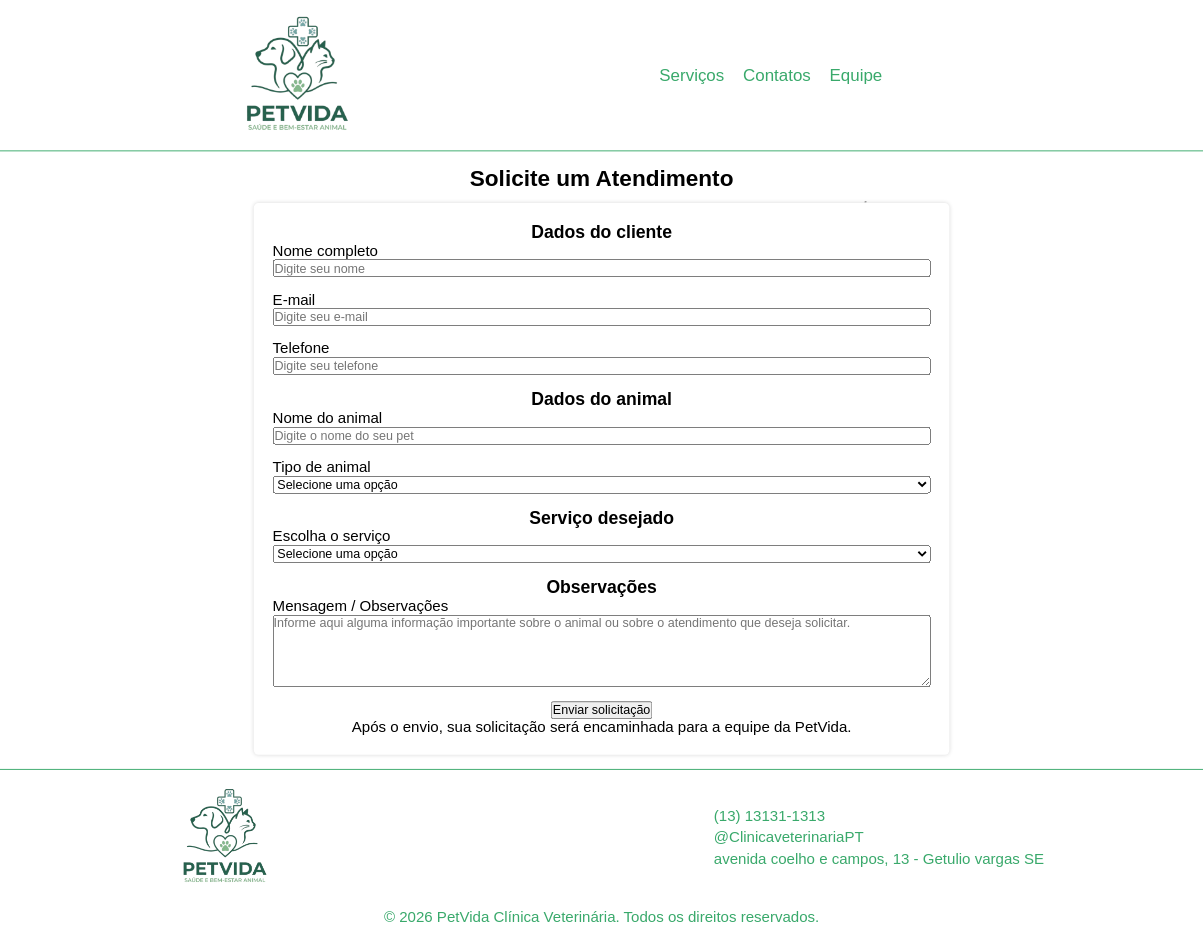
Repository: antonymsantana-design/Veterinario
Page: contatos.html
An editor plug-in stored every save of this project. The page is shown before and after the next save, followed by the edit.
The browser window is 1280 px wide. The pictures show the whole page, at 94% of full size.

Above is the page before, as saved 2026-10-03 19:09:43.

### contatos.html
<!doctype html>
<html lang="pt-br">
  <head>
    <meta charset="UTF-8" />
    <meta name="viewport" content="width=device-width, initial-scale=1.0" />
    <title>Cebola Hair</title>
    <link rel="stylesheet" href="style.css" />
    <script src="script3.js" defer></script>
  </head>
  <header>
    <div class="conteudoH" id="conteudoH">
      <div class="imagem" id="imagem">
        <img src="image/logo.png" alt="logo" class="logoIMG" id="logoIMG" />
      </div>
      <div class="direitaH">
        <div class="links" id="links">
          <a href="serviços.html" class="aLinks" id="servA">Serviços</a>
          <a href="CONTATOS.HTML" class="aLinks" id="contatosA">Contatos</a>
          <a href="Team.html" class="aLinks" id="contatosA">Equipe</a>
        </div>
      </div>
    </div>
  </header>

  <body>
    <h2 class="Our" id="servicosT">Solicite um Atendimento</h2>
    <hr />

    <div class="context">
    <form
      action="https://formsubmit.co/antony.m.santana@aluno.senai.br"
      method="POST"
    >

      <h3>Dados do cliente</h3>

      <div class="campo">
        <label for="nome">Nome completo</label>
        <input
          type="text"
          name="nome"
          id="nome"
          placeholder="Digite seu nome"
          required
        />
      </div>

      <div class="campo">
        <label for="email">E-mail</label>
        <input
          type="email"
          name="email"
          id="email"
          placeholder="Digite seu e-mail"
          required
        />
      </div>

      <div class="campo">
        <label for="telefone">Telefone</label>
        <input
          type="tel"
          name="telefone"
          id="telefone"
          placeholder="Digite seu telefone"
          required
        />
      </div>

      <h3>Dados do animal</h3>

      <div class="campo">
        <label for="animal">Nome do animal</label>
        <input
          type="text"
          name="animal"
          id="animal"
          placeholder="Digite o nome do seu pet"
          required
        />
      </div>

      <div class="campo">
        <label for="tipo">Tipo de animal</label>

        <select name="tipo_animal" id="tipo" required>
          <option value="">Selecione uma opção</option>
          <option value="Cachorro">Cachorro</option>
          <option value="Gato">Gato</option>
          <option value="Outro">Outro</option>
        </select>
      </div>

      <h3>Serviço desejado</h3>

      <div class="campo">
        <label for="servico">Escolha o serviço</label>

        <select name="servico" id="servico" required>
          <option value="">Selecione uma opção</option>
          <option value="Consulta veterinária">Consulta veterinária</option>
          <option value="Vacinação">Vacinação</option>
          <option value="Banho e tosa">Banho e tosa</option>
          <option value="Exames laboratoriais">Exames laboratoriais</option>
          <option value="Atendimento de emergência">
            Atendimento de emergência
          </option>
          <option value="Acompanhamento veterinário">
            Acompanhamento veterinário
          </option>
        </select>
      </div>

      <h3>Observações</h3>

      <div class="campo">
        <label for="mensagem">Mensagem / Observações</label>

        <textarea
          name="mensagem"
          id="mensagem"
          rows="5"
          placeholder="Informe aqui alguma informação importante sobre o animal ou sobre o atendimento que deseja solicitar."
        ></textarea>
      </div>

      <input
        type="hidden"
        name="_next"
        value="http://127.0.0.1:5500/sucsses.html"
      />

      <button type="submit" class="buto">Enviar solicitação</button>

      <p class="texto-form">
        Após o envio, sua solicitação será encaminhada para a equipe da PetVida.
      </p>
    </form>
    </div>
  </body>
  <footer id="footer">
    <div class="cimaF">
      <div class="direita">
        <img src="image/logo.png" alt="logo" class="logoIMGF" id="logoIMG" />
      </div>

      <div class="esquerda">
        <p>(13) 13131-1313</p>
        <p>@ClinicaveterinariaPT</p>
        <p>avenida coelho e campos, 13 - Getulio vargas SE</p>
      </div>
    </div>
    <div class="baixoF">
      <p>© 2026 PetVida Clínica Veterinária. Todos os direitos reservados.</p>
    </div>
  </footer>
</html>

### style.css
* {
  padding: 0px;
  margin: 0px;
  font-family: Arial, Helvetica, sans-serif;
}

header {
  background-color: #ffffff;
  height: 160px;
  display: flex;
  justify-content: center;
  align-items: center;
  border-bottom: 1px solid #39a96b;
}

.conteudoH {
  display: flex;
  justify-content: center;
  align-items: center;
  gap: 300px;
}

.imagem {
  margin-left: 20px;
  margin-top: 5px;
  display: flex;
  justify-content: center;
  align-items: center;
  gap: 30px;
  font-weight: 600;
  font-size: 22px;
}

.logoIMG {
  width: 170px;
  margin-bottom: 10px;
  cursor: pointer;
}

.logoH {
  color: white;
}

.links {
  display: flex;
  gap: 20px;
  justify-content: center;
  padding-right: 130px;
  font-size: 18px;
}

.links a {
  text-decoration: none;
  color: #39a96b;
  transition: 0.5s ease;
}

.aLinks:hover {
  transform: translateY(-5px);
  box-shadow: 0 4px 10px rgba(0, 0, 0, 0.15);
  background-color: #39a96b;
  color: #f5f5f5;
  border-radius: 5px;
  width: 120px;
  height: 30px;
  display: flex;
  justify-content: center;
  align-items: center;
}

.btnDiv {
  display: flex;
}

.btn {
  display: flex;
  justify-content: center;
  width: 140px;
  height: 50px;
  background-color: #22c55e;
  border: none;
  color: white;
  align-items: center;
  border-radius: 8px;
  transition: 0.3s ease;
  cursor: pointer;
  font-size: 14px;
}

.btn:hover {
  transform: translateY(-5px);
  box-shadow: 0 8px 15px rgba(0, 0, 0, 0.4);
}

.direitaH {
  display: flex;
  justify-content: center;
  align-items: center;
}

.conteudo {
  background-image: url(image/Cuidando\ de\ Quem\ Amamos.png);
  background-repeat: no-repeat;
  background-size: cover;
  background-position: center;
  height: 80vh;
  color: white;
}

.card {
  background-color: #fdeec7;
  width: 270px;
  height: 220px;
  display: flex;
  flex-direction: column;
  justify-content: center;
  align-items: center;
  border-radius: 5px;
}

.cards {
  display: flex;
  justify-content: center;
  gap: 40px;
  padding-top: 20px;
  padding-bottom: 20px;
}

.card h4 {
  color: #22c55e;
}

.icone {
  width: 120px;
  height: 120px;
  padding-bottom: 10px;
}

.Our {
  padding-top: 15px;
  text-align: center;
  padding-bottom: 10px;
}

hr {
  color: #22c55e;
  text-align: center;
  margin-left: 920px;
  margin-right: 920px;
}

.agendar {
  display: flex;
  justify-content: space-around;
  align-items: center;
  padding-bottom: 20px;
}

.form {
  background-color: #ecf2f7;
  width: 600px;
  height: 300px;
  border-radius: 7px;
  display: flex;
  justify-content: center;
  flex-direction: column;
}

.formCima {
  padding-top: 20px;
  display: flex;
  justify-content: center;
  align-items: center;
  flex-direction: column;
}

.quadrado {
  display: grid;
  justify-content: center;
  grid-template-columns: repeat(2, 200px);
  gap: 30px;
  column-gap: 70px;
  margin-right: 40px;
}

.esq {
  font-size: 25px;
}

footer {
  display: flex;
  justify-content: center;
  align-items: center;
  flex-direction: column;
  background-color: #ffffff;
  color: #39a96b;
  border-top: 1px solid #39a96b;
}

.AbH2 {
  padding-left: 20px;
  padding-right: 20px;
  padding-bottom: 10px;
  padding-top: 10px;
  text-align: center;
}

.AbH3 {
  padding-left: 20px;
  padding-right: 20px;
  padding-bottom: 10px;
  padding-top: 10px;
  text-align: center;
  margin-left: 425px;
  margin-right: 425px;
}

.topc {
  display: flex;
  justify-content: center;
  align-items: center;
  flex-direction: column;
  text-align: center;
  max-width: 350px;
}

.topics {
  display: flex;
  justify-content: center;
  gap: 100px;
  padding-bottom: 25px;
}

.topcIMG {
  width: 290px;
  height: 260px;
  border-radius: 25px;
  cursor: pointer;
  padding-bottom: 10px;
  padding-top: 10px;
}

.topcH {
  padding-bottom: 10px;
}

.cimaF {
  display: flex;
  justify-content: center;
  gap: 450px;
  align-items: center;
  margin-bottom: 4px;
}

.logoIMGF {
  width: 140px;
  cursor: pointer;
}

.esquerda {
  display: flex;
  flex-direction: column;
  gap: 5px;
}

.formu {
  width: 240px;
  height: 30px;
  border-radius: 5px;
  border: none;
}

.forms {
  width: 500px;
  height: 30px;
  border-radius: 5px;
  border: none;
}

.agendarbtn {
  display: flex;
  justify-content: center;
  align-items: center;
  width: 512px;
  height: 40px;
  background-color: #22c55e;
  border: none;
  color: white;
  border-radius: 8px;
  transition: 0.3s ease;
  cursor: pointer;
  margin-top: 15px;
}

.agendarbtn:hover {
  transform: translateY(-5px);
}

.btnAgendar {
  display: flex;
  justify-content: center;
  align-items: center;
}

/*pagina de serviços*/

.primeiro {
  background-color: #f0f9f4;
  width: 300px;
  padding-bottom: 13px;
  margin-left: 20px;
  text-align: center;
  padding-top: 13px;
  flex-wrap: wrap;
  border-radius: 15px;
}

.cards {
  display: grid;
  justify-content: center;
  grid-template-columns: repeat(3, 400px);
  gap: 50px;
  padding-bottom: 15px;
}
.cards .primeiro img {
  width: 250px;
  height: 250px;
  border-radius: 15px;
}
h1 {
  text-align: center;
  margin-top: 20px;
  margin-bottom: 20px;
}
.texto {
  color: #3c2415;
}
.preco {
  color: #e4c8a4;
}

form {
  display: flex;
  flex-direction: column;
  align-items: center;
  justify-content: center;
  box-shadow: 0px 0px 5px rgba(0, 0, 0, 0.16);
  padding: 20px;
  width: 700px;
  margin: 0 auto;
  border-radius: 5px;
  margin-bottom: 15px;
}

.campo{
    display: flex;
    flex-direction: column;
    margin-bottom: 15px;
    width: 100%;
}

input{

}

/* celular */

@media (max-width: 768px) {
  /* header */
  header {
    height: auto;
    padding: 10px 0;
  }

  .conteudoH {
    flex-direction: column;
    padding-right: 0;
    gap: 15px;
  }

  .imagem {
    margin-left: 0;
    margin-top: 0;
    gap: 10px;
  }

  .logoIMG {
    width: 80px;
    height: 80px;
  }

  .logoH {
    font-size: 20px;
  }

  .direitaH {
    flex-direction: column;
    gap: 15px;
  }

  .links {
    padding-right: 0;
    font-size: 16px;
  }

  .conteudo {
    height: 400px;
  }

  .texto {
    padding-left: 25px;
    padding-right: 25px;
    height: 400px;
    font-size: 25px;
  }

  .texto small {
    font-size: 14px;
  }

  .Our {
    font-size: 25px;
  }

  hr {
    margin-left: 30%;
    margin-right: 30%;
  }

  .cards {
    flex-direction: column;
    align-items: center;
    gap: 20px;
  }

  .card {
    width: 80%;
    max-width: 270px;
  }

  .agendar {
    flex-direction: column;
    gap: 30px;
    padding: 30px 20px;
  }

  .esq {
    font-size: 18px;
    text-align: center;
  }

  .esq h1 {
    font-size: 28px;
  }

  .esq p {
    font-size: 15px;
  }

  .form {
    width: 100%;
    max-width: 600px;
    height: auto;
    padding: 20px 0;
  }

  .forms {
    width: 80%;
  }

  .quadrado {
    grid-template-columns: 1fr;
    gap: 15px;
    margin-right: 0;
  }

  .formu {
    width: 80%;
  }

  .quadrado > div {
    width: 100%;
    text-align: center;
  }

  .quadrado label {
    display: block;
    margin-bottom: 5px;
  }

  .agendarbtn {
    width: 80%;
  }

  footer {
    flex-direction: column;
    gap: 20px;
    padding: 20px;
    text-align: center;
  }

  .esquerda {
    align-items: center;
  }
}

Loaded but not shown: script3.js (no stored copy; drawn as an empty file)

After the next save:
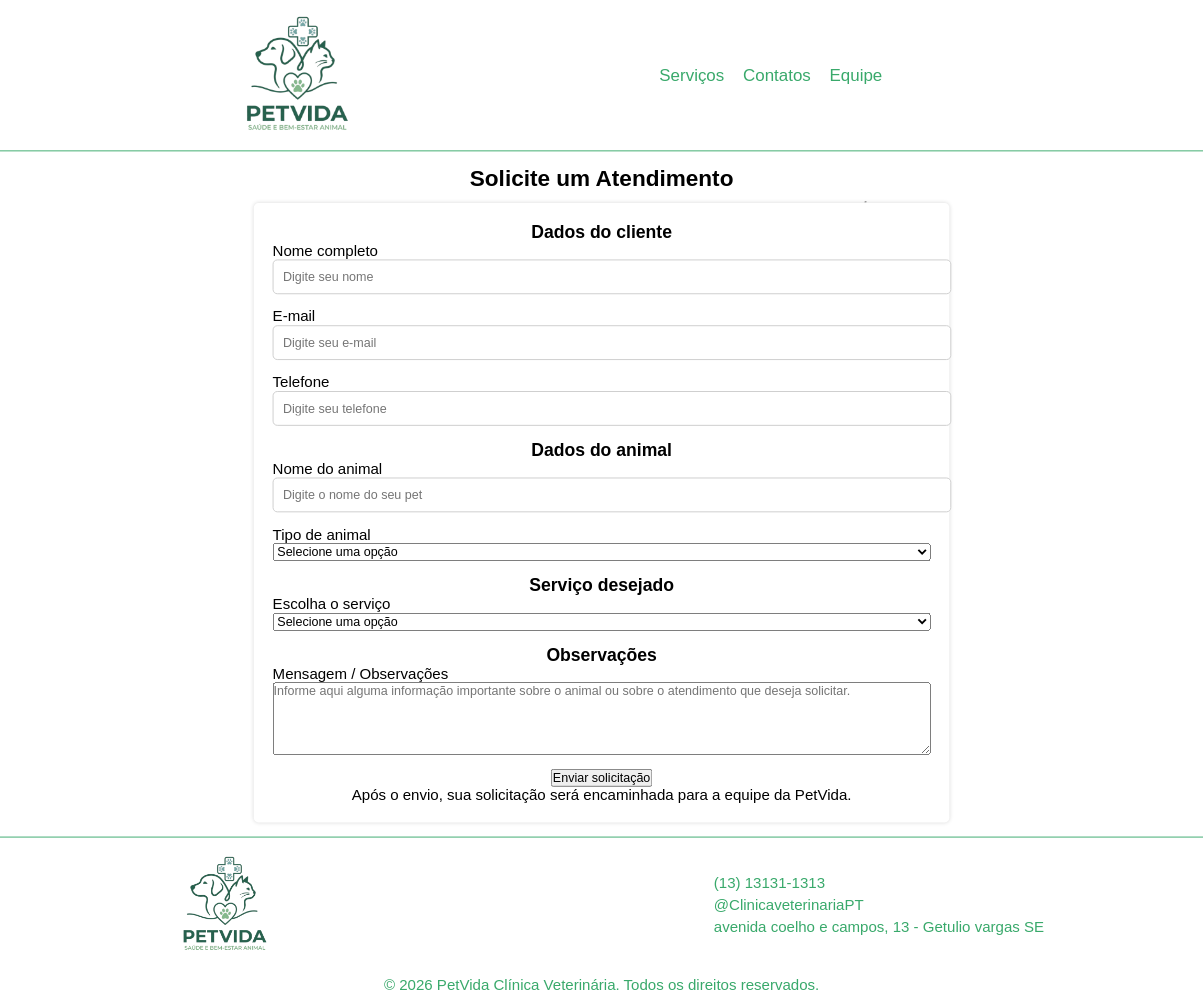
Saved 6 s later.
--- a/style.css
+++ b/style.css
@@ -361,6 +361,10 @@ form {
 
 input{
 
+    padding: 10px;
+    border-radius: 5px;
+    border: 1px solid #ccc;
+    width: 100%;
 }
 
 /* celular */
